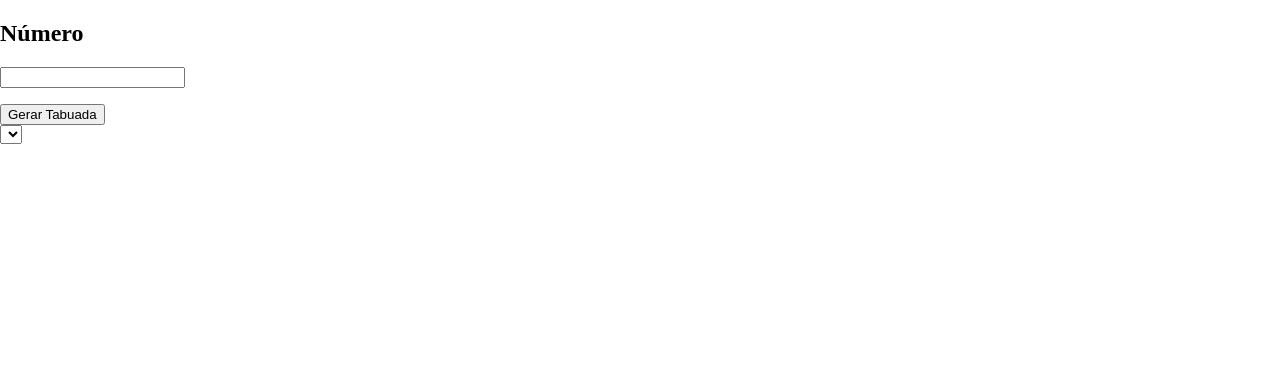
Repository: Ramonuriel/JS-Projetos
Page: Tabuada/tabuada.html
The author's editor kept a copy of each file at every save. The page is drawn from the files as they stood at one save, then again after the next save.
The browser window is 1280 px wide. The pictures show the whole page.

Above is the page before, as saved 2023-01-04 15:13:37.

### Tabuada/tabuada.html
<!DOCTYPE html>
<html lang="pt-Br">

<head>
  <meta charset="UTF-8">
  <meta http-equiv="X-UA-Compatible" content="IE=edge">
  <meta name="viewport" content="width=device-width, initial-scale=1.0">
  <link rel="stylesheet" href="style.css">
  <title>Tabuada</title>
</head>

<body>
  <section class="corpo">
    <p>
    <h2>Número</h2>
    <input type="number" name="" id="entrada">
    </p>
    <input type="button" value="Gerar Tabuada">

    <div class="resultado">
      <select name="" id="saida"></select>
    </div>

  </section>

</body>

</html>

### Tabuada/style.css
body {
  margin: 0;
  padding: 0;
}

.corpo {
  width: 50rem;
  max-width: 80rem;
  height: 20rem;
  max-height: 40rem;
  background-color: ;
}

After the next save:
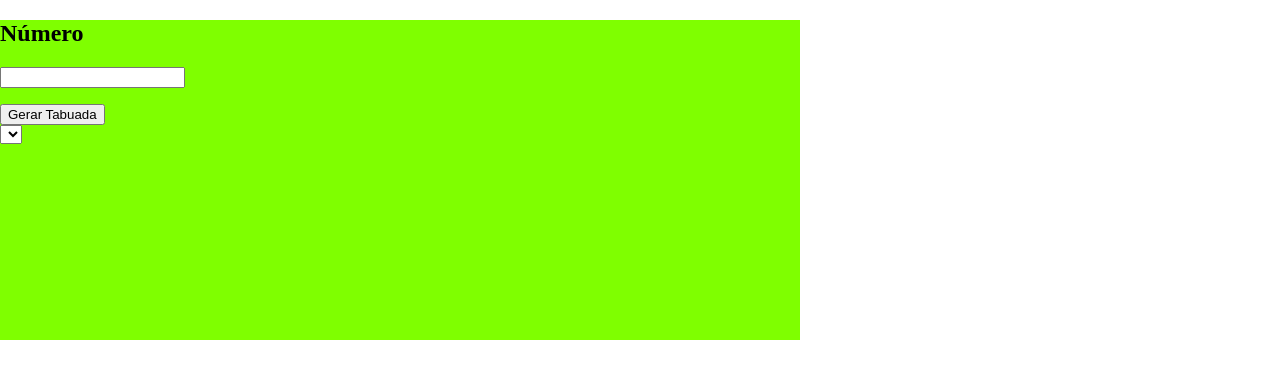
Saved 4 s later.
--- a/Tabuada/style.css
+++ b/Tabuada/style.css
@@ -8,5 +8,5 @@ body {
   max-width: 80rem;
   height: 20rem;
   max-height: 40rem;
-  background-color: ;
+  background-color: chartreuse;
 }
